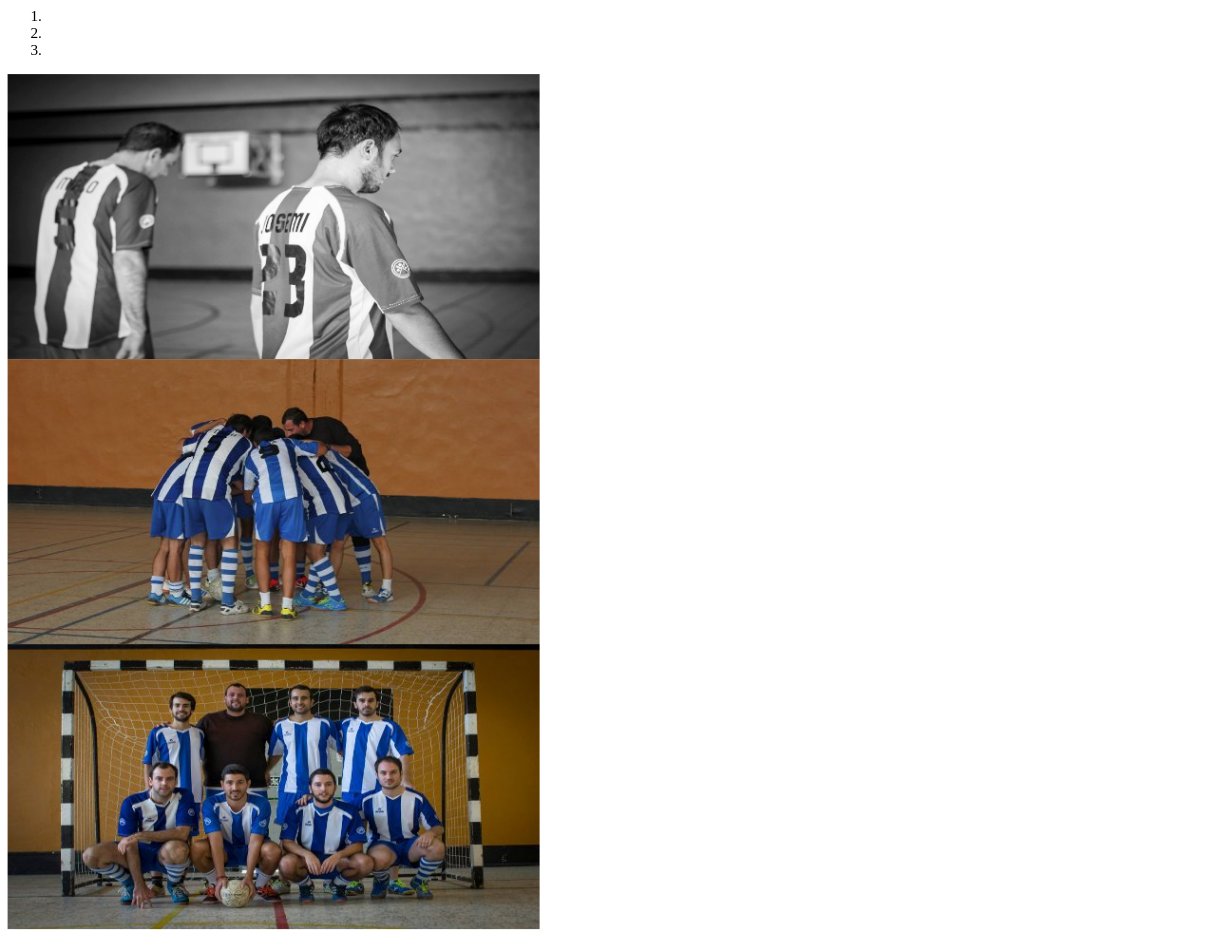
Repository: DiegoGodoy/atletiblue
Page: app/views/plantilla.html
The author's editor kept a record of every edit. The page is drawn from the files as they stood at one moment, then again after the next edit.
The browser window is 1280 px wide. The pictures show the whole page, at 95% of full size.

Above is the page before.

After the next edit:
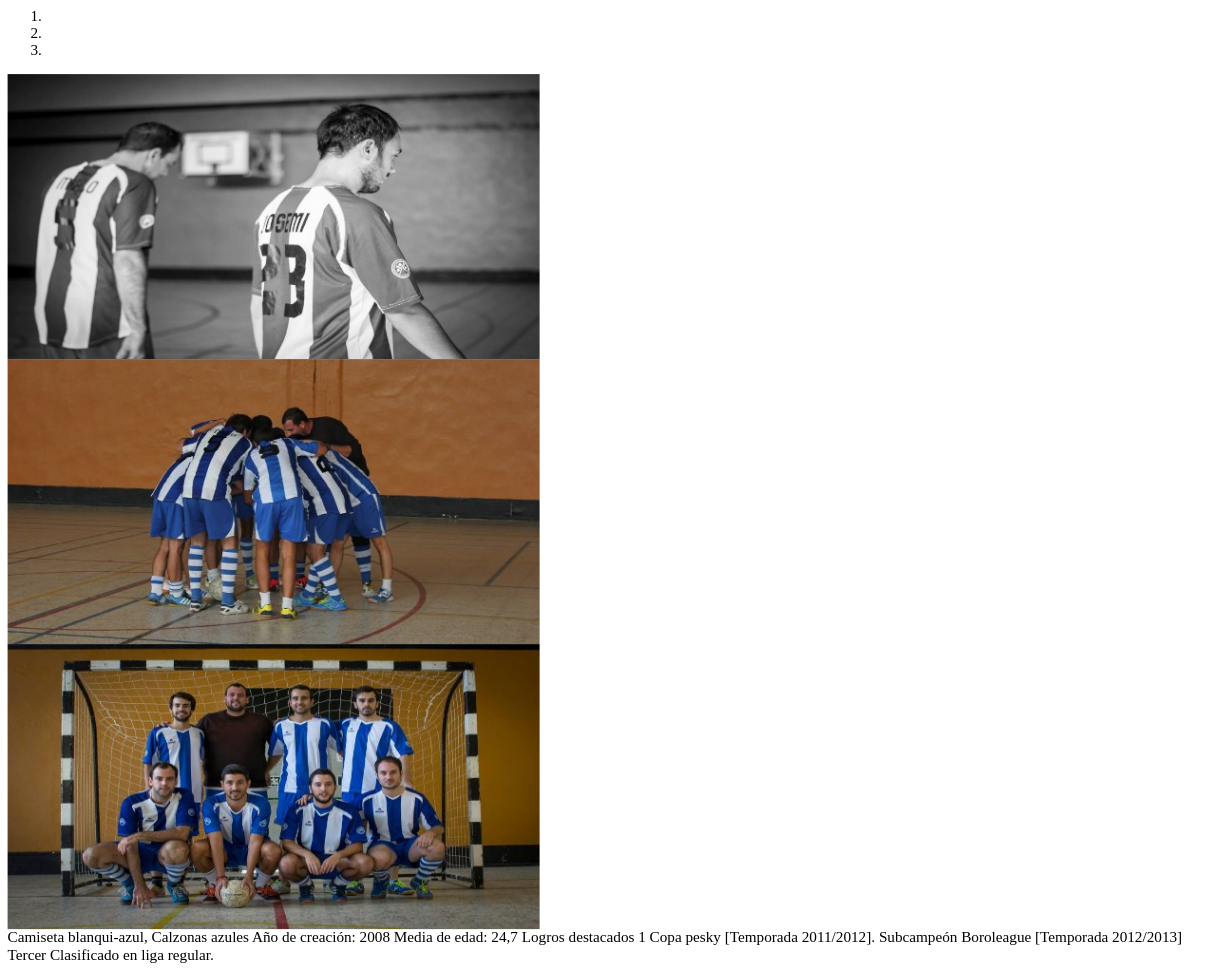
The edit:
--- a/app/views/plantilla.html
+++ b/app/views/plantilla.html
@@ -35,6 +35,19 @@
                             <span class="glyphicon glyphicon-chevron-right"></span>
                           </div>
                         </div>
+                        <div class="col-md-5">
+                        Camiseta blanqui-azul, Calzonas azules
+
+                        Año de creación: 2008
+
+                        Media de edad: 24,7
+
+                        Logros destacados
+
+                            1 Copa pesky [Temporada 2011/2012].
+                            Subcampeón Boroleague [Temporada 2012/2013]
+                            Tercer Clasificado en liga regular.
+
                     </div>
                 </div>
             </div>
